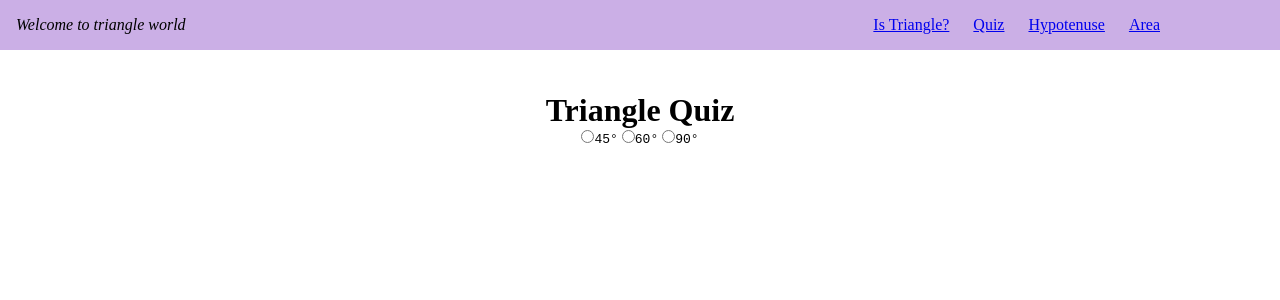
Repository: patelamancode/Fun-with-trianles
Page: quiz.html
An editor plug-in stored every save of this project. The page is shown before and after the next save, followed by the edit.
The browser window is 1280 px wide. The pictures show the whole page.

Above is the page before, as saved 2022-11-28 18:56:47.
Console error: TypeError: Cannot read properties of null (reading 'addEventListener')

After the next save:
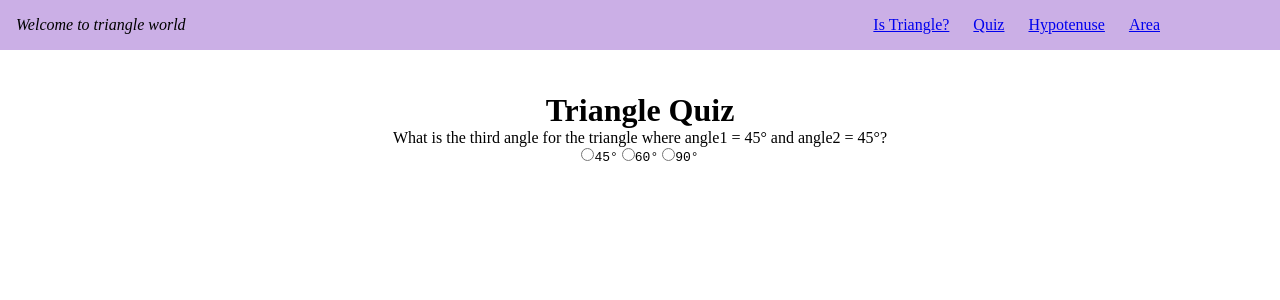
Saved 27 s later.
--- a/quiz.html
+++ b/quiz.html
@@ -21,7 +21,7 @@
         <h1>Triangle Quiz</h1>
         <form >
             <div>
-                <p></p>
+                <p>What is the third angle for the triangle where angle1 = 45° and angle2 = 45°?</p>
                 <label for="value1"><input type="radio" name="question1" />45°</label>
                 <label for="value2"><input type="radio" name="question1" />60°</label>
                 <label for="value3"><input type="radio" name="question1" />90°</label>
